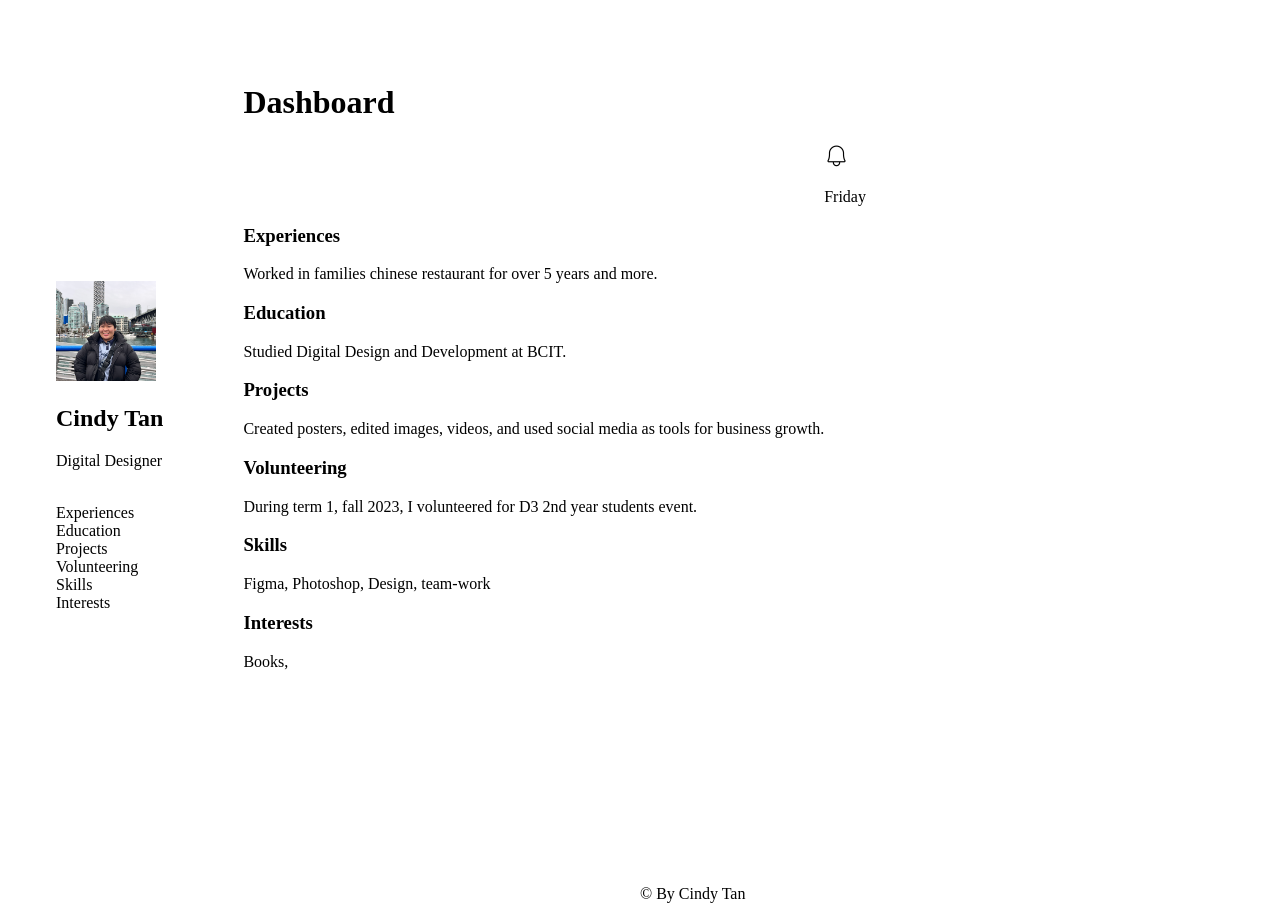
Repository: Cindy-tan/Assessment-_1
Page: /
These files come from the project's save history. The page is drawn as it stood at one moment and after the next save; the edit follows.
The browser window is 1280 px wide. The pictures show the whole page.
The project was rebuilt for these pictures with package versions that can differ from the ones it lists, and the page was loaded fresh each time. The framework's server and built-in components were replaced by stand-ins that run in the browser. Also part of the build but not shown: next.config.js, components/Card/Card.module.css, components/SideNavigation/SideNavigation.module.css.

Above is the page before, as saved 2024-01-19 00:15:06.

### pages/index.js
import Head from 'next/head'
import styles from '@/styles/Home.module.css'
import Header from '@/components/Header'
import Card from '@/components/Card'
import Footer from '@/components/Footer'
import MenuItem from '@/components/MenuItem'
import SideNavigation from '@/components/SideNavigation'



export default function Home() {

  return (
    <>
      <Head>
        <title>Assessment 1</title>
        <meta name="description" content="Generated by create next app" />
        <meta name="viewport" content="width=device-width, initial-scale=1" />
        <link rel="icon" href="/favicon.ico" />
      </Head>

      <main className={`${styles.main}`}>

        <div>
        <SideNavigation/>
        </div>

        <div className={`${styles.header}`}>
        <Header/>


        <div className={`${styles.cardLeft}`}>
          <Card title='Experiences' description='Worked in families chinese restaurant for over 5 years and more.'/>
          <Card title='Education' description='Studied Digital Design and Development at BCIT.'/>
          <Card title='Projects' description='Created posters, edited images, videos, and used social media as tools for business growth.'/>
        </div>
        <div className={`${styles.cardRight}`}>
          <Card title='Volunteering' description='During term 1, fall 2023, I volunteered for D3 2nd year students event.'/>
          <Card title='Skills' description='Figma, Photoshop, Design, team-work'/>
          <Card title='Interests' description='Books,'/>
        </div>
        </div>








      </main>
      <Footer/>
    </>
  )
}

### styles/globals.css
:root {
  --black: #000;
  --white: #fff;
  --blue: rgba(12, 72, 156, 1.0);

  --large-font: 20px;
  --medium-font: 17px;
  --small-font: 14px;

  --violet-red: rgb(219, 112, 147);
  --amaranth: rgb(159, 43, 104);
  --cerise: rgb(222, 49, 99);
  --steel-blue: rgb(40, 189, 218);
  --teal: rgb(20, 151, 176);
  --yellow: rgb(12, 97, 119);
}

### styles/Home.module.css
.main {
  display: flex;
  flex-direction: row;
  align-items: center;
  padding: 3rem;
  min-height: 20vh;
}

.header{
  align-items: center;
  border-radius: 50px;
  padding: 7px 80px 150px;
}

### components/Header/index.js
import styles from "./Header.module.css"
import Image from "next/image"

export default function Header() {
    return (
        <>
            <header>
                <h1>Dashboard</h1>
                <div className={`${styles.icon}`}>
                <Image src="/images/bell.png" alt="bell" width={25} height={25}/>
                <p>Friday</p>
                </div>
            </header>
        </>
    )
}

### components/Card/index.js
import styles from "./Card.module.css"

export default function Card({
    title="default",
    description="default",
    bgColor,
    borderColor
})
{
    return (
        <>
            <div className={styles.card} style={{backgroundColor: bgColor, border:borderColor}}>
                <h3>{title}</h3>
                <p>{description}</p>
            </div>
        </>
    )
}

### components/Footer/index.js
import styles from "./Footer.module.css"

export default function Footer() {
    return(
        <>
            <footer className={styles.footer}>
               © By Cindy Tan
            </footer>
        </>
    )
}

### components/MenuItem/index.js
import styles from "./MenuItem.module.css"

export default function MenuItem({
    title = "",
    bgColor,
    textColor,
    tabLeft
})

{
    return (
        <>
            <div className={styles.menuItem} style={{backgroundColor: bgColor, color:textColor}}>
                {title}
            </div>
        </>
    )
}

### components/SideNavigation/index.js
import MenuItem from "../MenuItem"
import styles from "./SideNavigation.module.css"
import Image from "next/image"

export default function SideNavigation() {
    return (
        <>
            <div>
                <Image src="/images/profile.JPG" alt="profile" width={100} height={100}/>
                <h2>Cindy Tan</h2>
                <p>Digital Designer</p>
                <br/>
                <MenuItem title="Experiences"/>
                <MenuItem title="Education"/>
                <MenuItem title="Projects"/>
                <MenuItem title="Volunteering"/>
                <MenuItem title="Skills"/>
                <MenuItem title="Interests"/>

            </div>
        </>
    )
}

### components/Header/Header.module.css
.icon {
    margin-left: 100%;
}

### components/Footer/Footer.module.css
.footer {
    align-items: center;
    padding-left: 50%;
}

### components/MenuItem/MenuItem.module.css
.menuItem:hover {
    background-color: var(--blue);
    color: var(--white);
}

Loaded but not shown: pages/_app.js (common file); pages/_document.js (common file); components/Card/Card.module.css (no copy from this time; the picture is the same without it)

After the next save:
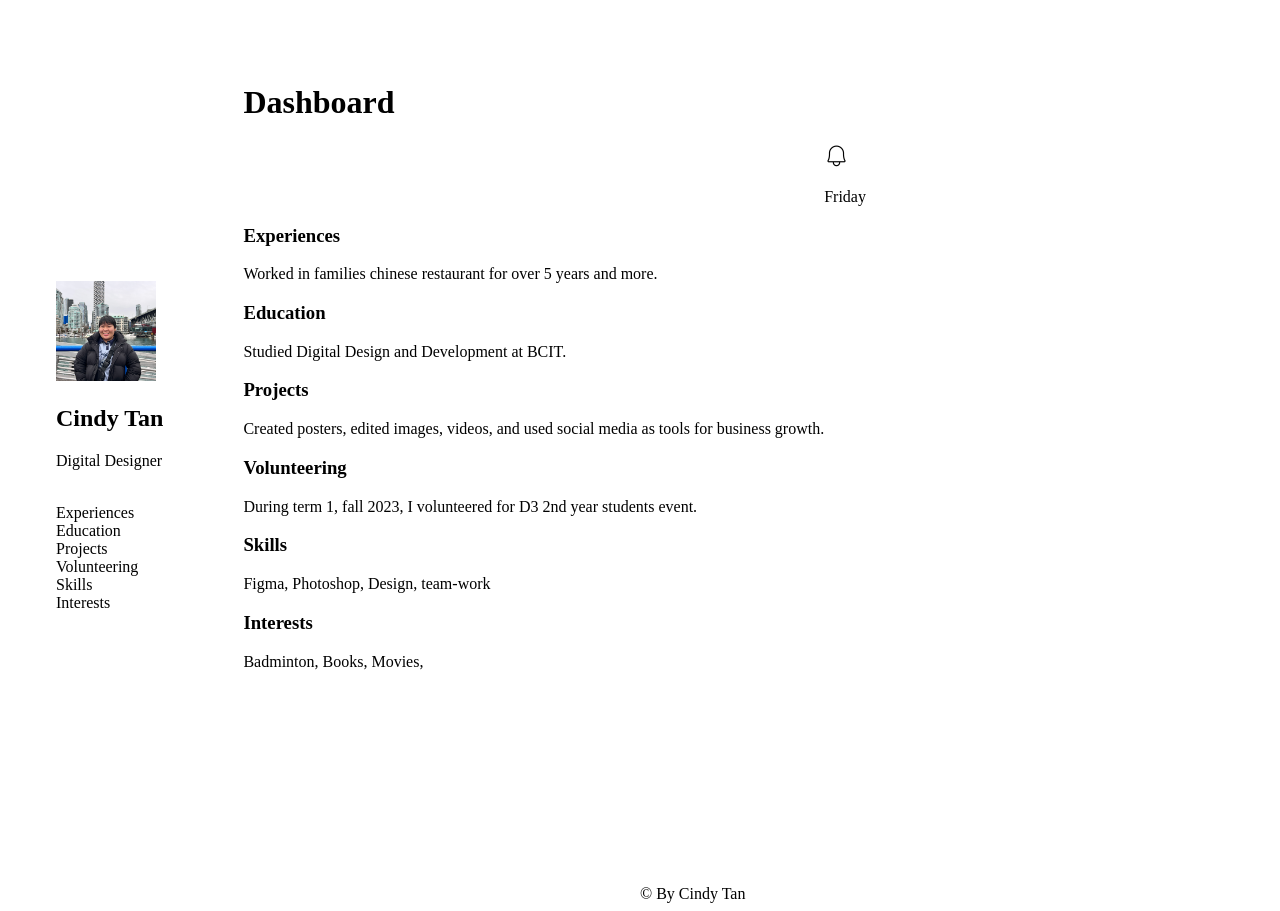
Saved 14 s later.
--- a/pages/index.js
+++ b/pages/index.js
@@ -37,7 +37,7 @@ export default function Home() {
         <div className={`${styles.cardRight}`}>
           <Card title='Volunteering' description='During term 1, fall 2023, I volunteered for D3 2nd year students event.'/>
           <Card title='Skills' description='Figma, Photoshop, Design, team-work'/>
-          <Card title='Interests' description='Books,'/>
+          <Card title='Interests' description='Badminton, Books, Movies, '/>
         </div>
         </div>
 
